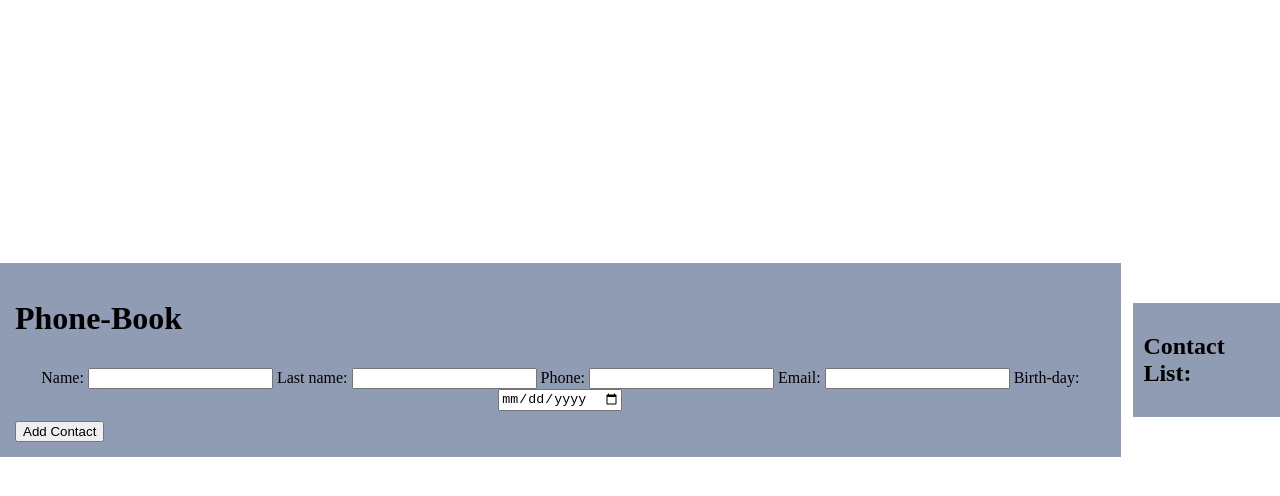
Repository: STA1357/Phone-book
Page: Inner.html
An editor plug-in stored every save of this project. The page is shown before and after the next save, followed by the edit.
The browser window is 1280 px wide. The pictures show the whole page.

Above is the page before, as saved 2020-12-10 11:18:08.

After the next save:
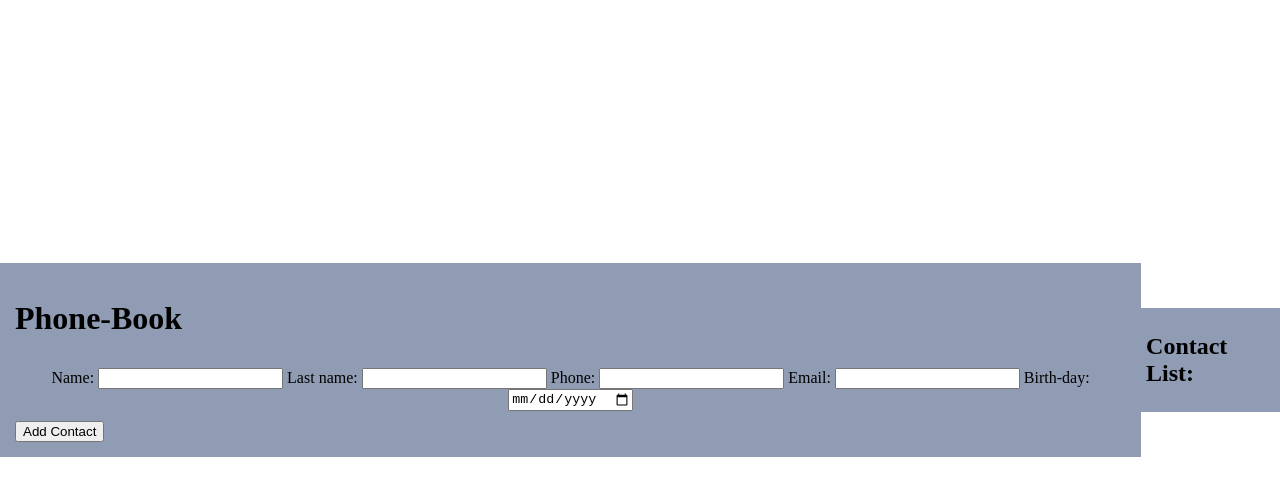
Saved 18 s later.
--- a/styles.css
+++ b/styles.css
@@ -24,8 +24,7 @@ form{
 
 .list-container{
     background-color: rgb(144, 156, 179);
-    padding: 10px;
-    margin-left: 1%;
+
 }
 
 
